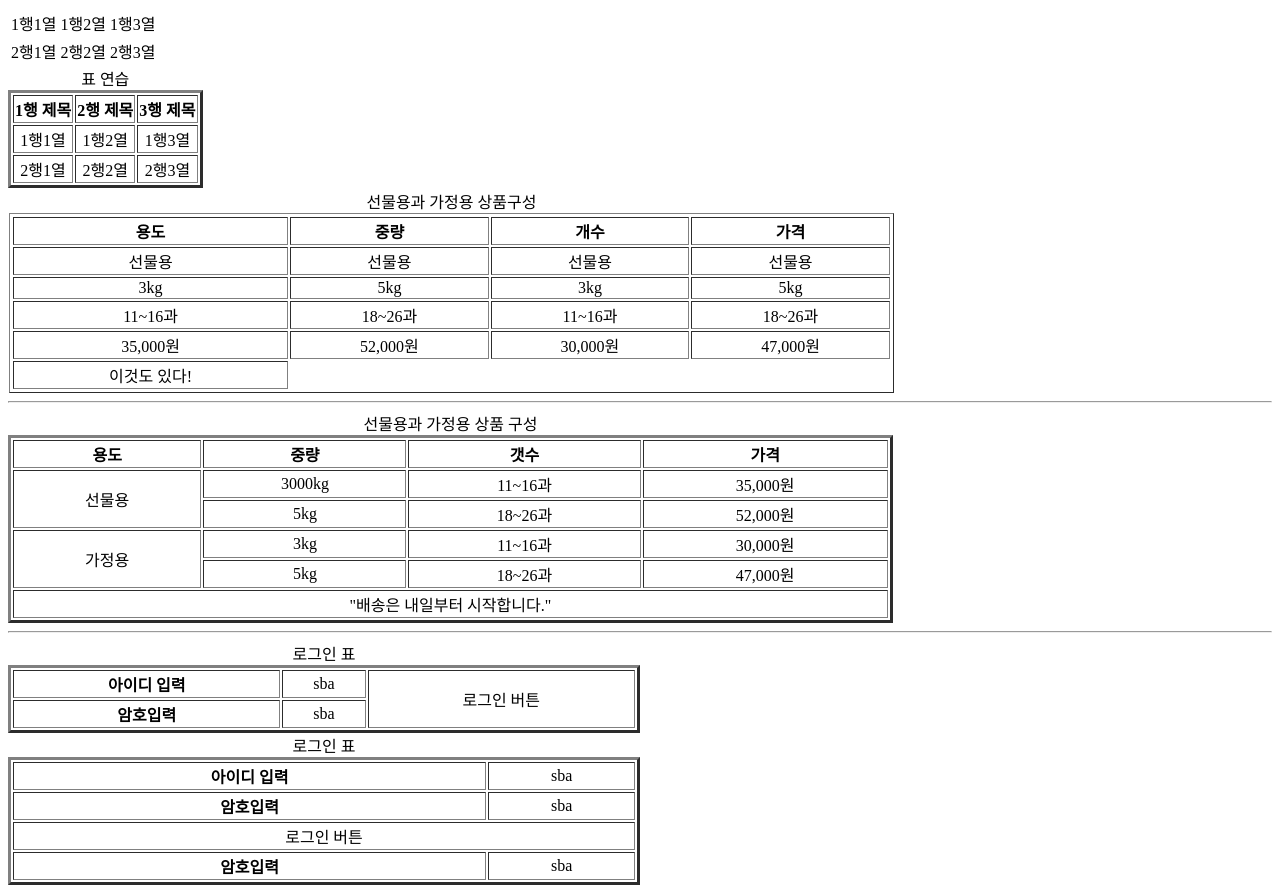
Repository: Kray273/JSLab
Page: html/src/main/webapp/Day96/table.html
The author's editor kept a copy of each file at every save. The page is drawn from the files as they stood at one save, then again after the next save.
The browser window is 1280 px wide. The pictures show the whole page.

Above is the page before, as saved 2022-11-24 02:32:39.

### html/src/main/webapp/Day96/table.html
<!DOCTYPE html>
<html>
<head>
<meta charset="UTF-8">
<title>Table</title>

<style type="text/css">
	td {text-align: center;}
</style>

</head>
<body>

 <!-- 2행 3열  -->
<table>
	<tr><td>1행1열</td><td>1행2열</td><td>1행3열</td></tr>
	<tr><td>2행1열</td><td>2행2열</td><td>2행3열</td></tr>
</table>


 <!-- 속성추가  -->
<table border="3" >
	<caption>표 연습</caption>
	<!-- <tbody> 자동생성 -->
	<tr ><th>1행 제목</th><th>2행 제목</th><th>3행 제목</th></tr>
	<!-- caption, th는 굵은 글씨 내장 -->
	<tr><td>1행1열</td><td>1행2열</td><td>1행3열</td></tr>
	<tr><td>2행1열</td><td>2행2열</td><td>2행3열</td></tr>
	<!-- </tbody> 자동생성 -->
</table>

<!-- 테이블 만들기 -->
<table border="1" style="margin: 1px; padding: 1px; width: 70%;">
	<caption> 선물용과 가정용 상품구성</caption>
	<!-- caption은 자동 가운데 정렬 -->
	<thead>
	<tr>
		<th><center>용도</center></th>
		<!-- 직접할 수도 있지만 css를 이용하는게 효율적 -->
		<th><center>중량</center></th>
		<th><center>개수</center></th>
		<th><center>가격</center></th>
	</tr>
	</thead>
	<tbody>
	<tr>
		<td><center>선물용</center></td>
		<td><center>선물용</center></td>
		<td><center>선물용</center></td>
		<td><center>선물용</center></td>
	</tr>
	<tr>
		<td><center>3kg</center></td>
		<td><center>5kg</center></td>
		<td><center>3kg</center></td>
		<td><center>5kg</center></td>
	</tr>
	<tr>
		<td><center>11~16과</center></td>
		<td><center>18~26과</center></td>
		<td><center>11~16과</center></td>
		<td><center>18~26과</center></td>
	</tr>
	<tr>
		<td><center>35,000원</center></td>
		<td><center>52,000원</center></td>
		<td><center>30,000원</center></td>
		<td><center>47,000원</center></td>
	</tr>
	</tbody>
	<tfoot><tr><td>이것도 있다!</td></tr></tfoot>
</table>

<hr>
 <!-- 셀 병합 -->
<table border="3" style="width: 70%;">
    <caption>선물용과 가정용 상품 구성</caption>
    <thead>
    <tr>
      <th>용도</th>
      <th>중량</th>
      <th>갯수</th>
      <th>가격</th>
    </tr>
    </thead>
    <tbody>
    <tr>
      <td rowspan="2">선물용</td>
      <td>3000kg</td>
      <td>11~16과</td>
      <td>35,000원</td>
    </tr>
    <tr>
      <!-- <td>선물용</td> -->
      <td>5kg</td>
      <td>18~26과</td>
      <td>52,000원</td>
    </tr>
    <tr>
      <td rowspan="2">가정용</td>
      <td>3kg</td>
      <td>11~16과</td>
      <td>30,000원</td>
    </tr>
    <tr>
      <!-- <td>가정용</td> -->
      <td>5kg</td>
      <td>18~26과</td>
      <td>47,000원</td>
    </tr>
    </tbody>
    <tfoot><tr><td colspan="4">"배송은 내일부터 시작합니다."</td></tr></tfoot>
  </table>

 <hr>
 <!-- 실습 -->
 <table border="3" style="width: 50%">
 	<caption> 로그인 표</caption>
		<tr>
			<th>아이디 입력</th>
			<td>sba</td>
			<td rowspan="2">로그인 버튼</td>
		</tr>
		<tr>
			<th>암호입력</th>
			<td>sba</td>
		</tr>
 </table>
 <table border="3" style="width: 50%">
 	<caption> 로그인 표</caption>
		<tr>
			<th>아이디 입력</th>
			<td>sba</td>
		</tr>
		<tr>
			<th>암호입력</th>
			<td>sba</td>
		</tr>
		<tr>
			<td colspan="2">로그인 버튼</td>
		</tr>
		<tr>
			<th>암호입력</th>
			<td>sba</td>
		</tr>
 </table>


</body>
</html>

After the next save:
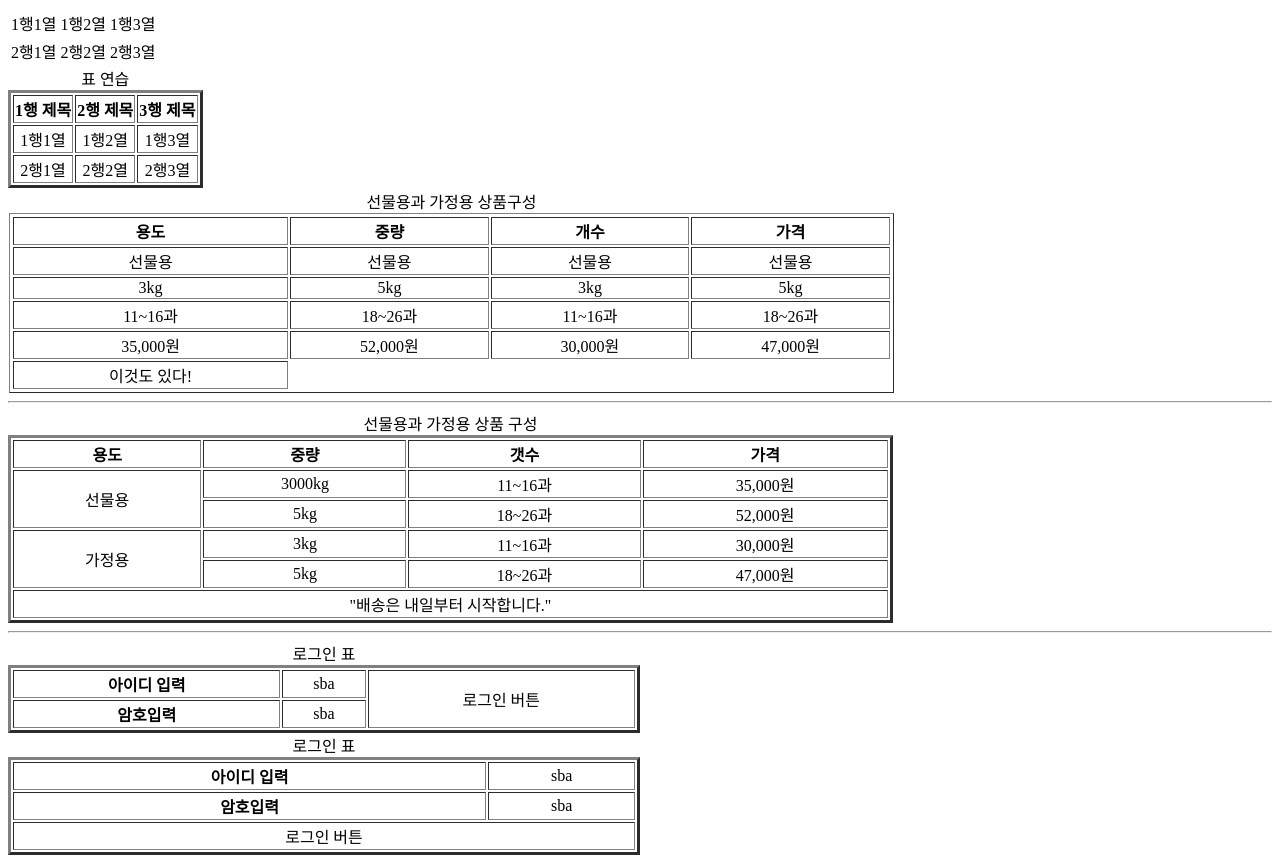
Saved 12 s later.
--- a/html/src/main/webapp/Day96/table.html
+++ b/html/src/main/webapp/Day96/table.html
@@ -139,10 +139,6 @@
 		<tr>
 			<td colspan="2">로그인 버튼</td>
 		</tr>
-		<tr>
-			<th>암호입력</th>
-			<td>sba</td>
-		</tr>
  </table>
 
 
